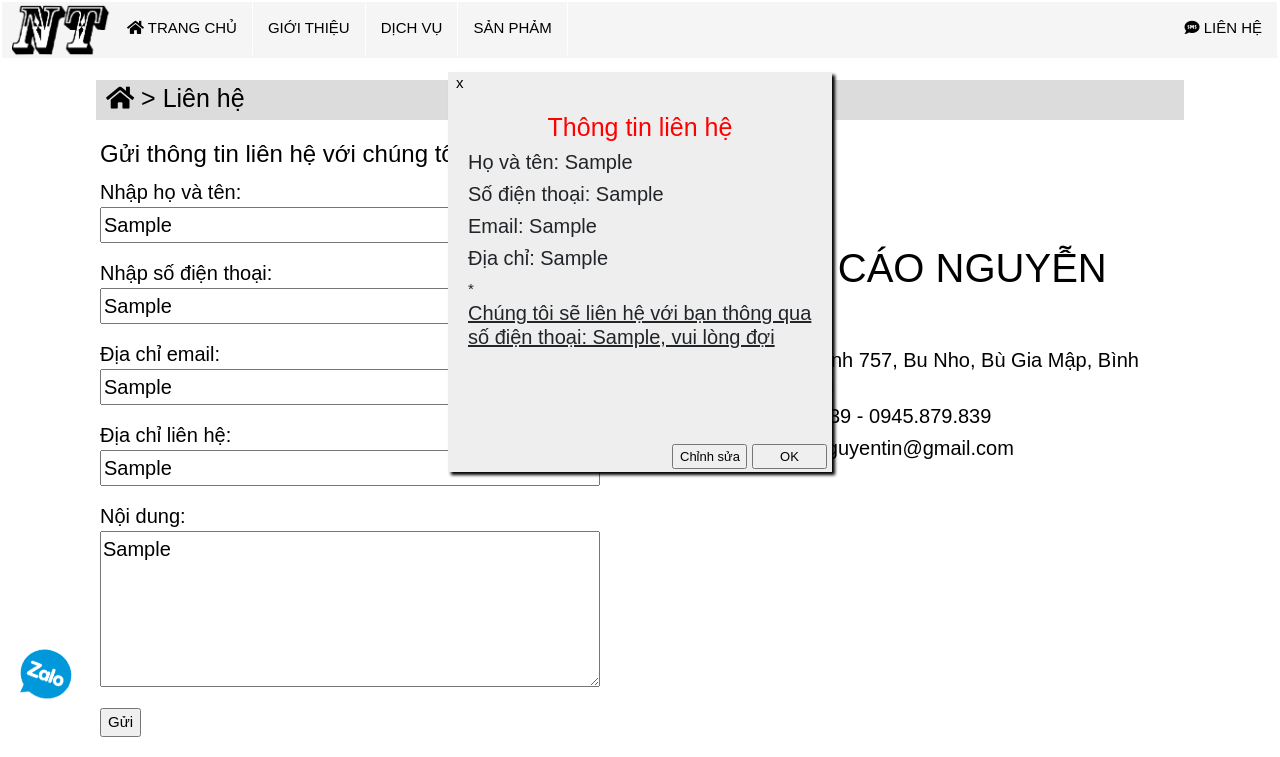
Repository: Haunguyen42193/quangcaonguyentin.github.io
Page: contact.html
An editor plug-in stored every save of this project. The page is shown before and after the next save, followed by the edit.
The browser window is 1280 px wide. The pictures show the part of the page from y = 0 to 757 px (the page is 1526 px tall).
Empty fields were first filled with sample values (such as "Sample", 5 or name@example.com).
After loading, the first visible `#submit` was clicked once.
Pictures or frames that could not be fetched are drawn as grey boxes. Some web fonts or font styles are not loaded; a fallback is used. Some web libraries are served in a nearby version.

Above is the page before, as saved 2021-09-17 18:18:07.

### contact.html
<!DOCTYPE html>
<html lang="en">
<head>
    <meta charset="UTF-8">
    <meta http-equiv="X-UA-Compatible" content="IE=edge">
    <meta name="viewport" content="width=device-width, initial-scale=1.0">
    <meta http-equiv="refresh" content="18000"/>
    <title>Quảng Cáo Nguyễn Tín</title>
    <link rel="shotcut icon" href="images/logo2.png"/>
    <link
    rel="stylesheet"
    href="https://cdnjs.cloudflare.com/ajax/libs/animate.css/4.1.1/animate.min.css"
    />
    <!--carousel-->
    <link href="https://cdn.jsdelivr.net/npm/bootstrap@5.1.0/dist/css/bootstrap.min.css" rel="stylesheet" integrity="sha384-KyZXEAg3QhqLMpG8r+8fhAXLRk2vvoC2f3B09zVXn8CA5QIVfZOJ3BCsw2P0p/We" crossorigin="anonymous">
    <!--font awesome-->
    <link rel="stylesheet" href="https://pro.fontawesome.com/releases/v5.10.0/css/all.css" integrity="sha384-AYmEC3Yw5cVb3ZcuHtOA93w35dYTsvhLPVnYs9eStHfGJvOvKxVfELGroGkvsg+p" crossorigin="anonymous"/>
    <!--css-->
    <link rel="stylesheet" href="CSS/stylecontact.css"/>
    <!--font chữ-->
    <link rel="preconnect" href="https://fonts.googleapis.com">
    <link rel="preconnect" href="https://fonts.gstatic.com" crossorigin>
    <link href="https://fonts.googleapis.com/css2?family=K2D:wght@600&display=swap" rel="stylesheet">
    <!-- JavaScript Bundle with Popper -->
    <script src="https://cdn.jsdelivr.net/npm/bootstrap@5.1.0/dist/js/bootstrap.bundle.min.js" integrity="sha384-U1DAWAznBHeqEIlVSCgzq+c9gqGAJn5c/t99JyeKa9xxaYpSvHU5awsuZVVFIhvj" crossorigin="anonymous"></script>
    <!--Jquery-->
    <script src="Js/jquery-3.6.0.min.js"></script>

</head>
<body>
    <script src="Js/main.js"></script>
    <nav class="header-menu">
        <div class="menu">
            <div class="logo">
                <a href="homepage.html"><img src="images/logo2.png" alt="bang quang cao tiem" id="logotiem"/></a>
            </div>
            <ul>
                <li><a href="homepage.html"><i class="fas fa-home"></i> TRANG CHỦ</a></li>
                <li><a href="#">GIỚI THIỆU</a></li>
                <li class="sub"><a href="homepage.html">DỊCH VỤ</a>
                    <ul class="menu subcontent">
                        <li><a href="#">LÀM BẢNG HIỆU LED</a></li>
                        <li><a href="#">LÀM BẢNG HIỆU ALU</a></li>
                        <li><a href="#">LÀM BẢNG HIỆU HỘP ĐÈN</a></li>
                        <li><a href="#">LÀM BẢNG HIỆU MICA</a></li>
                    </ul>
                </li>
                <li class="sub"><a href="#">SẢN PHẢM</a>
                    <ul class="menu subcontent">
                      <li><a href="#">BẢNG HIỆU HỘP ĐÈN</a></li>
                      <li><a href="#">MẶT DỰNG ALU</a></li>
                      <li><a href="#">BẢNG HIỆU CHỮ NỔI</a></li>
                      <li><a href="#">BẢNG HIỆU LED</a></li>
                    </ul>
                </li>
                <li><a href="contact.html"><i class="fas fa-sms"></i> LIÊN HỆ</a></li>
            </ul>
        </div>
      </nav>

      <!--go to top-->
      <div>
        <a id="goToTop" href="javascript:;"><i class="fas fa-chevron-up" title="GO TO TOP"></i></a>
      </div>
      <!--zalo-->
      <div class="zalo">
        <a href="https://zalo.me/0982652639" target="_blank"><img src="images/icon-zalo1.png"/></a>
      </div>
      <!--content of contact-->
    <section>
        <div class="contact-title">
            <div>
                <a href="homepage.html" title="Trang chủ"><i class="fas fa-home"></i></a>
                <span>></span>
                <span class="move">Liên hệ</span>
            </div>
        </div>
        <div class="contact">
            <div class="contact-info">
                <h4>Gửi thông tin liên hệ với chúng tôi</h4>
                <div class="nhap">
                    <p>Nhập họ và tên: </p><input type="text" placeholder="Nhập họ và tên" id="name"/>
                </div>
                <div class="nhap">
                    <p>Nhập số điện thoại:</p><input type="text" placeholder="Nhập số điện thoại" id="phone"/>
                </div>
                <div class="nhap">
                    <p>Địa chỉ email: </p><input type="text" placeholder="email" id="mail"/>
                </div>
                <div class="nhap">
                    <p>Địa chỉ liên hệ: </p><input type="text" placeholder="Địa chỉ đầy đủ" id="address"/>
                </div>
                <div class="nhap">
                    <p>Nội dung:</p>
                    <textarea placeholder="Nhập nội dung yêu cầu" name="sNoidung" rows="5" id="request"></textarea>
                </div>
                <div class="submit">
                    <input type="button" value="Gửi" id="submit"/>
                </div>

            </div>
        </div>
        <div class="popup">
          <div class="inform">
            <a href="#">x</a>
            <input type="button" value="OK" id="ok"/>
            <input type="button" value="Chỉnh sửa" id="fix"/>
          </div>
        </div>
        <div class="contact1">
            <div class="contact-info">
                <img src="images/logo2.png" alt="logo" class="foot-logo" />
                <h1>QUẢNG CÁO NGUYỄN TÍN</h1>
                <h2>Địa chỉ: Đường tỉnh 757, Bu Nho, Bù Gia Mập, Bình Phước, Việt Nam</h2>
                <h2>SĐT: 0982.652.639 - 0945.879.839</h2>
                <h2>Mail: quangcaonguyentin@gmail.com</h2>
            </div>
        </div>
    </section>
    <div class="google-map-contact">
        <iframe src="https://www.google.com/maps/embed?pb=!1m18!1m12!1m3!1d5524.536939975059!2d106.86915028708552!3d11.734195462804998!2m3!1f0!2f0!3f0!3m2!1i1024!2i768!4f13.1!3m3!1m2!1s0x31735d28dd4c295f%3A0xd023a3b16b598d53!2zVHLGsOG7nW5nIFRIUFQgTmd1eeG7hW4gS2h1eeG6v24gLSBCw7kgTmhv!5e0!3m2!1svi!2s!4v1629276927340!5m2!1svi!2s" style="border:0;" allowfullscreen="" loading="lazy"></iframe>"
    </div>
    <section>
        <div class="foot-contacts">
          <div class="foot-contact">
            <img src="images/logo2.png" alt="logo" class="foot-logo" />
            <h1>QUẢNG CÁO NGUYỄN TÍN</h1>
            <h2>Địa chỉ: Đường tỉnh 757, Bu Nho, Bù Gia Mập, Bình Phước, Việt Nam</h2>
            <h2>SĐT: 0982.652.639 - 0945.879.839</h2>
            <h2>Mail: quangcaonguyentin@gmail.com</h2>
          </div>
          <div class="foot-service">
            <div class="foot-service-title">
              <h1>DANH MỤC DỊCH VỤ</h1>
            </div>
            <h2><a href="#">Làm bảng hiệu LED</a></h2>
            <h2><a href="#">Làm bảng hiệu ALU</a></h2>
            <h2><a href="#">Làm bảng hiệu HỘP ĐÈN</a></h2>
            <h2><a href="#">Làm bảng hiệu MICA</a></h2>
          </div>
          <div class="foot-product">
            <div class="foot-service-title">
              <h1>DANH MỤC SẢN PHẨM</h1>
            </div>
            <h2><a href="#">Làm bảng hiệu LED</a></h2>
            <h2><a href="#">Làm bảng hiệu ALU</a></h2>
            <h2><a href="#">Làm bảng hiệu HỘP ĐÈN</a></h2>
            <h2><a href="#">Làm bảng hiệu MICA</a></h2>
          </div>
        </div>
      </section>
      <!--foot-->
      <div class="web-foot">
        <h2>QUẢNG CÁO NGUYỄN TÍN &#10052 2021</h2>
      </div>
</body>
</html>

### CSS/stylecontact.css
body {
    font-family: 'K2D', sans-serif;
    font-size: 15px;
    background-color: white;
    background-repeat: no-repeat;
    background-attachment: fixed;
}
/*menu*/
.header-menu{
    width:100%;
    background-color: whitesmoke;
    padding-left: 10px;
    border: 2px solid white;
    position: fixed;
    z-index:99;
    top:0;
    left:0;
}
img#logotiem{
    width:100px;
    float:left;
}
div.menu > ul{
    display:flex;
    /* justify-content: center;
    align-items: center; */
}
div.menu ul{
    list-style-type: none;
    margin: 0;
    padding:0;
    background-color: whitesmoke;
}
div.menu ul li:last-child{
    margin-left: auto;
}
.subcontent{
    display:none;
    background: linear-gradient(gray, rgb(224, 222, 222));
}
.sub:hover .subcontent{
    display: block;
    position:absolute;
    width: 230px;
}

div.menu ul li{
    margin-bottom: 0px;
    position:relative;
    border-right: 1px solid white;
}

div.menu ul li a::before{
    content: '';
     position: absolute;
     bottom: -7px;
     left: 0px;
     width: 100%;
     height: 5px;
     background-color: #0cacdd;
     border-radius: 8px 8px 0 0;
     opacity: 0;
     transition: 0.3s;
}

div.menu ul li a:hover:before{
    opacity: 1;
    bottom:0;
}
div.menu ul li a{
    text-decoration: none;
    display: block;
    padding: 15px;
}
a:link{
    color:black;
}
a:visited{
    color:black;
}
a:hover{
    background-color: rgb(37, 32, 32);
    color: #2591d8;
}
a:active{
    color:rgb(35, 23, 201);
}

.subcontent::before{
    content: " ";
    border-width: 10px;
    border-style: solid;
    border-color:transparent transparent gray transparent;
    position: absolute;
    bottom: 100%;
    left:15%;
}
/*gototop*/
#goToTop {
    position: fixed;
    font-size: 30px;
    border-radius: 50%;
    z-index: 99;
    padding: 0 10px;
    border: 2px solid red;
    color: red;
    opacity: 0.5;
    right: 10px;
    bottom: 10px;
}
/*zalo*/
.zalo{
    position: fixed;
    z-index: 999;
    left: 20px;
    bottom: 20px;
    width: 4%;
}
.zalo img{
    width: 100%;
    animation:zalo-ring 1s infinite ease-in-out;
}
.zalo > a:hover{
    background-color: transparent;
}
@keyframes zalo-ring{
    0%{
    transform:rotate(0) scale(1) skew(1deg)
    }
    10%{
        transform:rotate(-25deg) scale(1.05) skew(1deg)
    }
    20%{
        transform:rotate(25deg) scale(1) skew(1deg)
    }
    30%{
        transform:rotate(-25deg) scale(1.05) skew(1deg)
    }
    40%{
        transform:rotate(25deg) scale(1) skew(1deg)
    }
    50%{
        transform:rotate(0) scale(1) skew(1deg)
    }
    100%{
        transform:rotate(0) scale(1) skew(1deg)
    }
}
/*foot contact*/
.foot-contacts {
    display: flex;
    position: relative;
    top: 120px;
    justify-content: center;
}
.foot-contacts h2{
    font-size: 15px;
}
.foot-contact {
    display: flex;
    width: 350px;
    flex-wrap: wrap;
    width: 25%;
}
.foot-logo{
    width:30%;
}
.foot-contact h1{
    width: 50%;
    font-size: 25px;
}
.foot-service{
    position: relative;
    border-right: 1px solid gray;
    width:25%;
    padding: 0 50px;
    border-left: 1px solid gray;
}
.foot-product{
    position: relative;
    width: 25%;
    padding: 0 50px;
}
.foot-service-title h1{
    font-size: 20px;
    padding-bottom: 10px;
    padding-top: 10px;
}
.foot-contacts a{
    text-decoration: none;
}
.foot-contacts a:link{
    color: #4b7494;
}
.foot-contacts a:visited{
    color: #4b7494;
}
.foot-contacts a:hover{
    color: #0c0e0f;
    background-color: white;
}
.foot-contacts a:active{
    color: #124c79;
}
/*web foot*/
.web-foot{
    background-color: gray;
    position: relative;
    top: 80px;
    padding: 15px;
    margin-top: 60px;
}
.web-foot > h2{
    text-align: center;
    font-size: 15px;
}
/*contact*/
.contact {
    color: black;
    position: relative;
    top:100px;
    left: 100px;
    width: 500px;
    border-radius: 5px;
}
.contact1 {
    color: black;
    position: absolute;
    top:160px;
    right: 100px;
    width: 500px;
    border-radius: 5px;
}
.contact-title{
    color: black;
    position: relative;
    top: 80px;
    width: 85%;
    margin: auto;
    height: 40px;
    background-color: gainsboro;
    font-size: 25px;
}
.contact-title div{
    padding-left: 10px;
}
.contact-title a:hover{
    background-color: transparent;
    color: black;
}
.contact-info p{
    font-size: 20px;
    position: relative;
    margin: 0;
}
.nhap input, textarea{
    font-size: 20px;
    width: 100%;
    margin-bottom: 15px;
}
.contact1 h2{
    font-size: 20px;
}
.inform{
    position: fixed;
    width: 30%;
    height: 400px;
    background-color: rgb(238, 238, 238);
    z-index: 99;
    top: 10%;
    left:35%;
    box-shadow: 3px 3px 3px black;
}
.inform a{
    padding: 0 8px 5px;
    text-decoration: none;
    position: absolute;
    top: 0;
    left: 0;
    color: black;

}
.inform a:hover{
    background-color: red;
    color: white;
    outline: 1px groove white;
}
#ok{
    position: absolute;
    bottom: 3px;
    right: 5px;
    width: 75px;
    font-size: 13px;
}
#fix{
    position: absolute;
    bottom: 3px;
    right: 85px;
    width: 75px;
    font-size: 13px;
}
.notice{
    padding: 40px 20px;
}
.notice h5:first-child{
    text-align: center;
    color: red;
    font-size: 25px;
}
.notice h5:not(:first-child){
    font-size: 20px;
}
.notice h5:last-child{
    text-decoration: underline;
}

/*contact-map*/
.google-map-contact iframe{
    position: relative;
    top:120px;
    width: 100%;
    height:500px;
}

### Js/main.js

$(document).ready(function() {
    $("#goToTop").hide()
    $(window).scroll(function() {

        if($(this).scrollTop() >= 80)
            $("#goToTop").show("slow");
        else
            $("#goToTop").hide("slow");

    })
    $("#goToTop").click(function() {
        $("html, body").animate({
            scrollTop: 0
        }, 1000);
    })
    $(".inform").hide()
    $("#submit").click(function(){
        var name = $("#name").val()
        var phone = $("#phone").val()
        var mail = $("#mail").val()
        var address = $("#address").val()
        $(".popup").prepend(`
        <div class="inform">
            <a href="#">x</a>
            <input type="button" value="OK" id="ok"/>
            <input type="button" value="Chỉnh sửa" id="fix"/>
            <div class="notice">
                <h5>Thông tin liên hệ</h5>
                <h5>Họ và tên: ${name}</h5>
                <h5>Số điện thoại: ${phone}</h5>
                <h5>Email: ${mail}</h5>
                <h5>Địa chỉ: ${address}</h5>
                *<h5> Chúng tôi sẽ liên hệ với bạn thông qua số điện thoại: ${phone}, vui lòng đợi</h5>
            </div>
          </div>
        `)
    })
    $(".popup").on("click", ".inform a, #ok", function(){
        event.preventDefault()
        $(this).parent().remove()
    })
})

Loaded but not shown: Js/jquery-3.6.0.min.js (library)

After the next save:
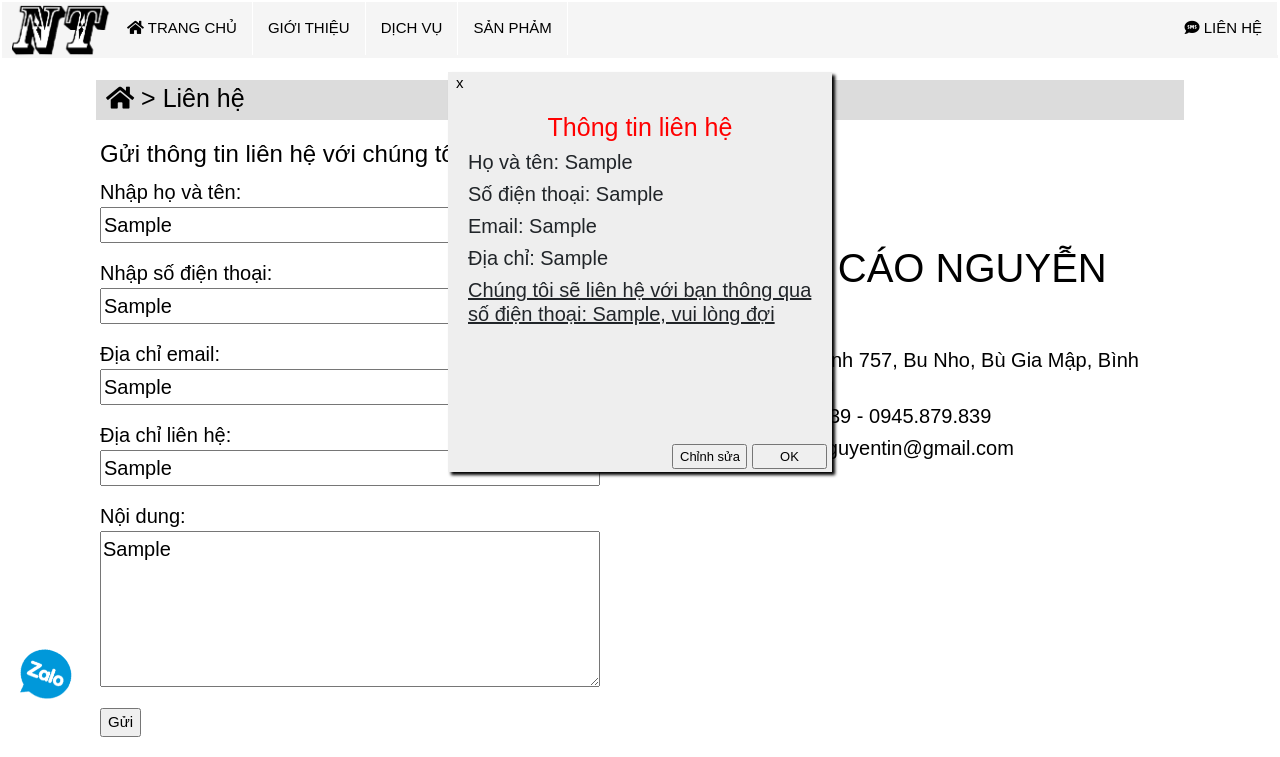
Saved 37 s later.
--- a/Js/main.js
+++ b/Js/main.js
@@ -31,7 +31,7 @@ $(document).ready(function() {
                 <h5>Số điện thoại: ${phone}</h5>
                 <h5>Email: ${mail}</h5>
                 <h5>Địa chỉ: ${address}</h5>
-                *<h5> Chúng tôi sẽ liên hệ với bạn thông qua số điện thoại: ${phone}, vui lòng đợi</h5>
+                <h5> Chúng tôi sẽ liên hệ với bạn thông qua số điện thoại: ${phone}, vui lòng đợi</h5>
             </div>
           </div>
         `)
